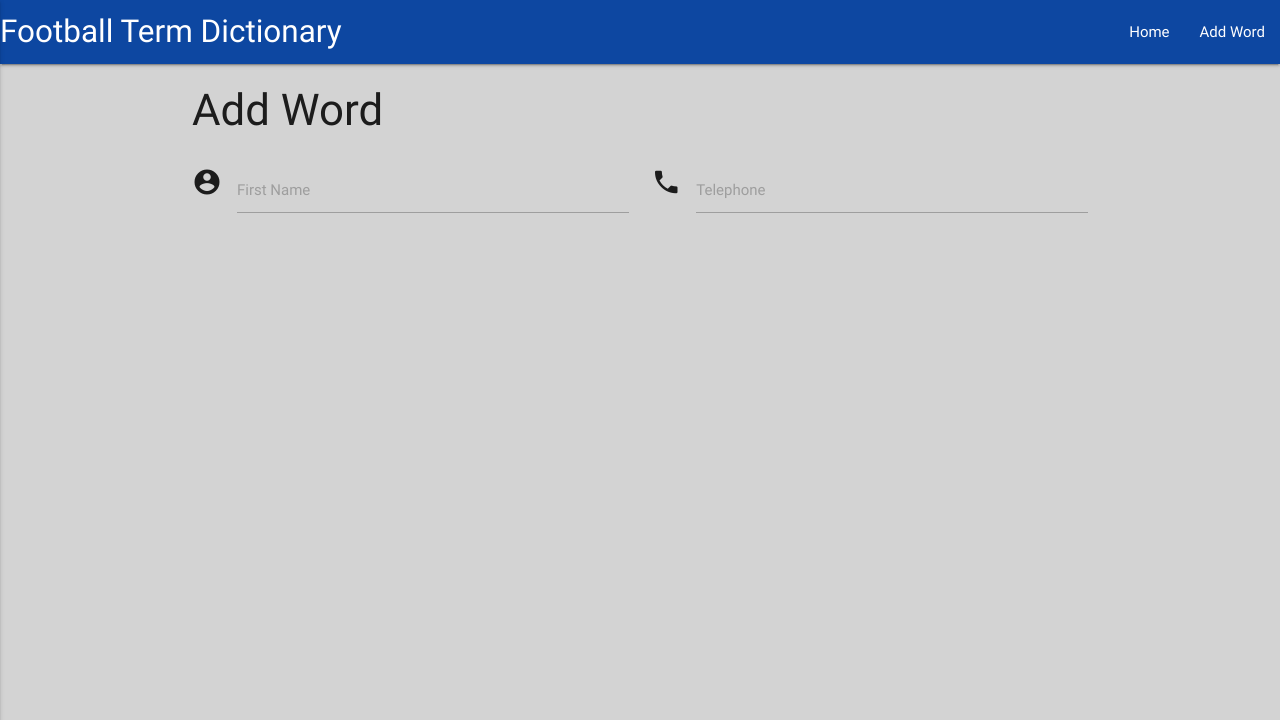
Repository: BLMcDonald/Milestone3
Page: http://localhost/add_word
The author's editor kept a record of every edit. The page is drawn from the files as they stood at one moment, then again after the next edit.
The browser window is 1280 px wide. The pictures show the whole page.
Some web libraries are served in a nearby version. The page is served by the project's application, run on Flask 3 (app.py).

Above is the page before.

### templates/addword.html
{% extends 'base.html'%}
{% block content %}

<h3>Add Word</h3>

<div class="row">
    <form action="" method="POST" class="col s12">
        <div class="row">
            <div class="input-field col s6">
                <i class="material-icons prefix">account_circle</i>
                <input id="icon_prefix" type="text" class="validate">
                <label for="icon_prefix">First Name</label>
            </div>
            <div class="input-field col s6">
                <i class="material-icons prefix">phone</i>
                <input id="icon_telephone" type="tel" class="validate">
                <label for="icon_telephone">Telephone</label>
            </div>
        </div>
    </form>
</div>

{% endblock %}

### templates/base.html
<!DOCTYPE html>
<html lang="en">
<head>
    <link href="https://fonts.googleapis.com/icon?family=Material+Icons" rel="stylesheet">
    <link rel="stylesheet" href="https://cdnjs.cloudflare.com/ajax/libs/materialize/0.100.2/css/materialize.min.css">
    <link rel="stylesheet" href="{{url_for('static', filename='css/style.css')}}" type="text/css"/>
</head>
<body>
    <header>
        <nav>
            <div class="nav-wrapper blue darken-4">
                <a href="{{url_for('get_words')}}" class="brand-logo">Football Term Dictionary</a>
                <a href="#" data-activates="mobile-demo" class="button-collapse"><i class="material-icons">menu</i></a>
                <ul id="nav-mobile" class="right hide-on-med-and-down">
                    <li><a href="{{url_for('get_words')}}">Home</a></li>
                    <li><a href="{{url_for('add_word')}}">Add Word</a></li>
                </ul>
                <ul class="side-nav" id="mobile-demo">
                    li><a href="{{url_for('get_words')}}">Home</a></li>
                    <li><a href="{{url_for('add_word')}}">Add Word</a></li>
                </ul>
            </div>
        </nav>
    </header>
    <div class="container">
        {% block content %}
        {% endblock %}
    </div>

    <script src="https://cdnjs.cloudflare.com/ajax/libs/jquery/3.2.1/jquery.min.js"></script>
    <script src="https://cdnjs.cloudflare.com/ajax/libs/materialize/0.100.2/js/materialize.min.js"></script>
    <script type="text/javascript">

        $(document).ready(function() {
            $('.collapsible').collapsible();
            $(".button-collapse").sideNav();
        })
    </script>
</body>
</html>

### app.py
import os
from flask import Flask, render_template, redirect, request, url_for
from flask_pymongo import PyMongo
from bson.objectid import ObjectId

app = Flask(__name__)

app.config["MONGO_DBNAME"] = 'dictionary'
app.config["MONGO_URI"] = 'mongodb+srv://root:83OH5Pni9RRgTofE@projectscluster-hyee9.mongodb.net/dictionary?retryWrites=true&w=majority'

mongo = PyMongo(app)


@app.route('/')
@app.route('/get_words')
def get_words():
    return render_template("words.html", words=mongo.db.words.find())

@app.route('/add_word')
def add_word():
    return render_template("addword.html")

@app.route('/insert_word', methods=['POST'])
def insert_word():
    words = mongo.db.words
    words.insert_one(request.form.to_dict())
    return redirect(url_for('get_words'))

@app.route('/edit_word/<word_id>')
def edit_word(word_id):
    the_word = mongo.db.words.find_one({"_id": ObjectId(word_id)})
    return render_template("editword.html", word=the_word)

if __name__ == '__main__':
    app.run(host=os.environ.get('IP'),
            port=int(os.environ.get('PORT')),
            debug=True)

### static/css/style.css
.btn_custom {
    height: 24px;
    width: 70px;
    line-height: 24px;
    margin: 5px;
    padding: 0px 8px;
}

.word_header {
    margin-top: 5px;
}

.logo_style {
    margin-left: 5px;
}

body {
    background-color: #D3D3D3;
}

After the next edit:
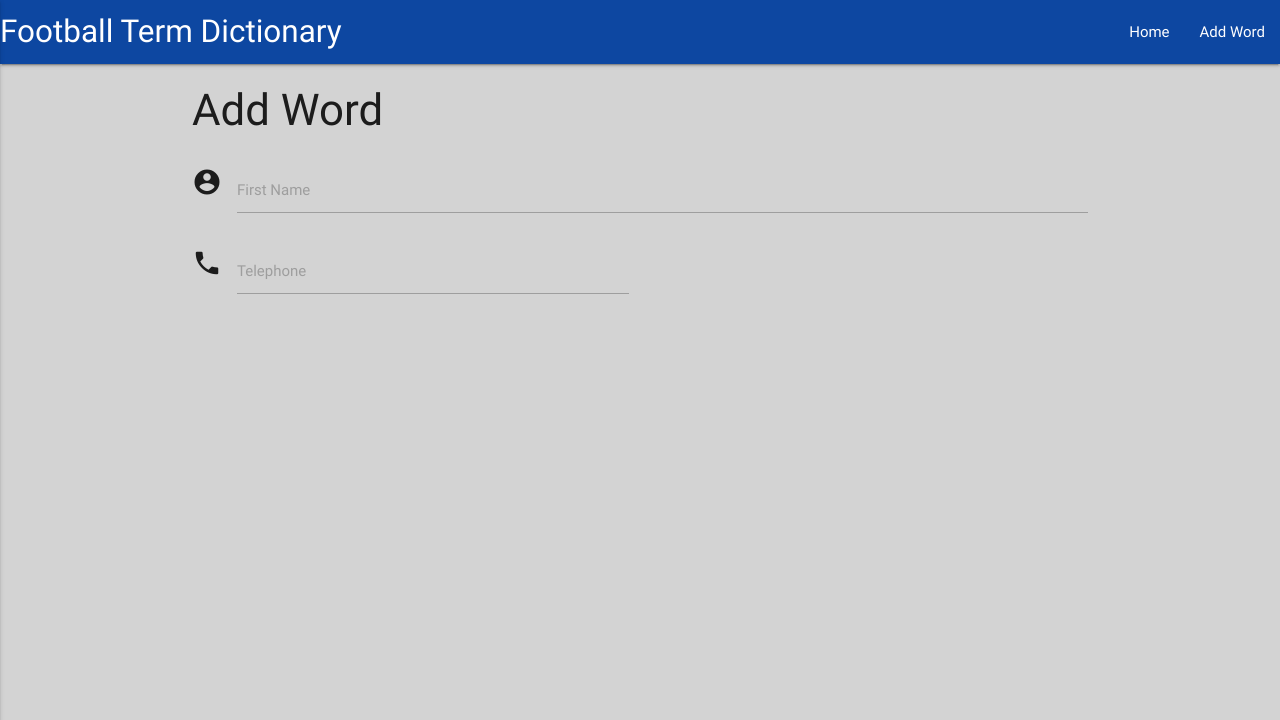
The edit:
--- a/templates/addword.html
+++ b/templates/addword.html
@@ -6,7 +6,7 @@
 <div class="row">
     <form action="" method="POST" class="col s12">
         <div class="row">
-            <div class="input-field col s6">
+            <div class="input-field col s12">
                 <i class="material-icons prefix">account_circle</i>
                 <input id="icon_prefix" type="text" class="validate">
                 <label for="icon_prefix">First Name</label>
